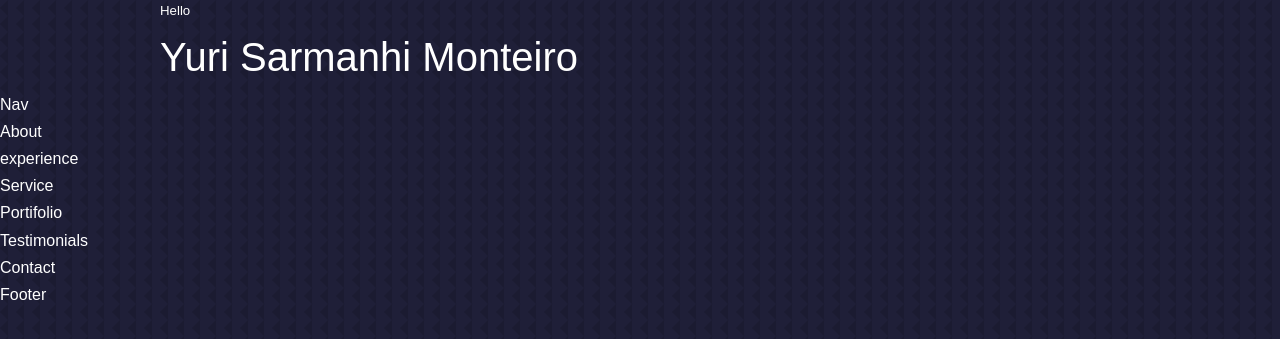
Repository: YuriSarmanho/Portifolio-
Page: / (app in portifolio/)
The author's editor kept a copy of each file at every save. The page is drawn from the files as they stood at one save, then again after the next save.
The browser window is 1280 px wide. The pictures show the whole page.
The project was rebuilt for these pictures with package versions that can differ from the ones it lists, and the page was loaded fresh each time. Also part of the build but not shown: portifolio/src/Components/Header/Header.css.

Above is the page before, as saved 2022-05-11 16:03:03.

### portifolio/public/index.html
<!DOCTYPE html>
<html lang="pt-br">
<head>
    <meta charset="UTF-8">
    <meta http-equiv="X-UA-Compatible" content="IE=edge">
    <meta name="viewport" content="width=device-width, initial-scale=1.0">
    <title>Yuri Sarmanho Monteiro</title>
</head>
<body>
    <div id="root"></div>
</body>
</html>

### portifolio/src/index.js
import ReactDOM from 'react-dom'
import App from './App'

ReactDOM.render(<App/>, document.querySelector("#root"))

### portifolio/src/App.jsx
import React from "react";
import './index.css'

import Header from "./Components/Header/Header";
import About from "./Components/About/About";
import Contact from "./Components/Contact/Contact";
import Experience from "./Components/Experience/Experience";
import Footer from "./Components/Footer/Footer";
import Nav from "./Components/Nav/Nav";
import Testimonials from "./Components/Testimonials/Testimonials";
import Service from "./Components/Service/Service";
import Portifolio from "./Components/Portifolio/Portifolio";



const App = () => {
  return (
    <>
      <Header />
      <Nav/>
      <About />
      <Experience/>
      <Service/>
      <Portifolio/>
      <Testimonials/>
      <Contact/>
      <Footer/>
    </>
  );
};

export default App;

### portifolio/src/index.css
* {
  margin: 0;
  padding: 0;
  border: 0;
  outline: 0;
  box-sizing: border-box;
  list-style: none;
  text-decoration: none;
}
:root {
  --color-bg: #1f1f38;
  --color-bg-variant: #2c2c6c;
  --color-primary: #4db5ff;
  --color-primary-variant: rgba(77, 181, 255, 0.4);
  --color-white: #fff;
  --color-light: rgba(255, 255, 255, 0.6);

  --transition: all 400ms ease;

  --container-width-lg: 75%;
  --container-width-md: 86%;
  --container-width-sm: 90%;
}
html {
  scroll-behavior: smooth;
}
::-webkit-scrollbar {
  display: none;
}

body {
  font-family: "Poppins", sans-serif;
  background-color: var(--color-bg);
  color: var(--color-white);
  line-height: 1.7;
  background-image: url(../src/assets/bg-texture.png);
}

.container {
  width: var(--container-width-lg);
  margin: 0 auto;
}

h1,
h2,
h3,
h4,
h5 {
  font-weight: 500;
}
h1 {
  font-size: 2.5rem;
}
section {
  margin-top: 8rem;
}
section > h2,
section > h5 {
  text-align: center;
  color: var(--color-ligth);
}

section > h2 {
  color: var(--color-primary);
  margin-bottom: 3rem;
}

.text-light {
  color: var(--color-light);
}
a {
  color: var(--color-primary);
  transition: var(--transition);
}
a:hover{
    color: var(--color-white);
}
.btn{
    width: max-content;
    display: inline-block;
    color: var(--color-primary);
    padding: 0.75rem 1.2rem;
    border-radius: 0.4rem;
    cursor: pointer;
    border: 1px solid var(--color-primary);
    transition: var(--transition);
}

.btn:hover{
    background-color: var(--color-white);
    color: var(--color-bg);
    border: transparent;
}

.btn-primary{
    background-color: var(--color-primary);
    width: 100%;
     object-fit: cover;
}

/*MEDIUM DEVICE*/
@media screen and (max-width:1024px){
    .container{
        width: var(--container-width-md);
    }
    section{
        margin-top: 6rem;
    }
}

/*SMALL DEVICE*/
@media screen and (max-width:600px){
    .container{
        width: var(--container-width-sm);
    }
    section > h2{
        margin-bottom: 2rem;
    }
}

### portifolio/src/Components/Header/Header.jsx
import React from 'react'
import './Header.css'
const header = () => {
  return (
    <header>
      <div className="container header__container">
        <h5>Hello</h5>
        <h1>Yuri Sarmanhi Monteiro</h1>
      </div>
    </header>
  )
}

export default header

### portifolio/src/Components/Experience/Experience.jsx
import React from 'react'

const experience = () => {
  return (
    <div>experience</div>
  )
}

export default experience

### portifolio/src/Components/Portifolio/Portifolio.jsx
import React from 'react'

const Portifolio = () => {
  return (
    <div>Portifolio</div>
  )
}

export default Portifolio

Loaded but not shown: portifolio/src/Components/About/About.jsx (common file); portifolio/src/Components/Contact/Contact.jsx (common file); portifolio/src/Components/Footer/Footer.jsx (common file); portifolio/src/Components/Nav/Nav.jsx (common file); portifolio/src/Components/Testimonials/Testimonials.jsx (common file); portifolio/src/Components/Service/Service.jsx (common file); portifolio/src/Components/Header/Header.css (no copy from this time; the picture is the same without it)

After the next save:
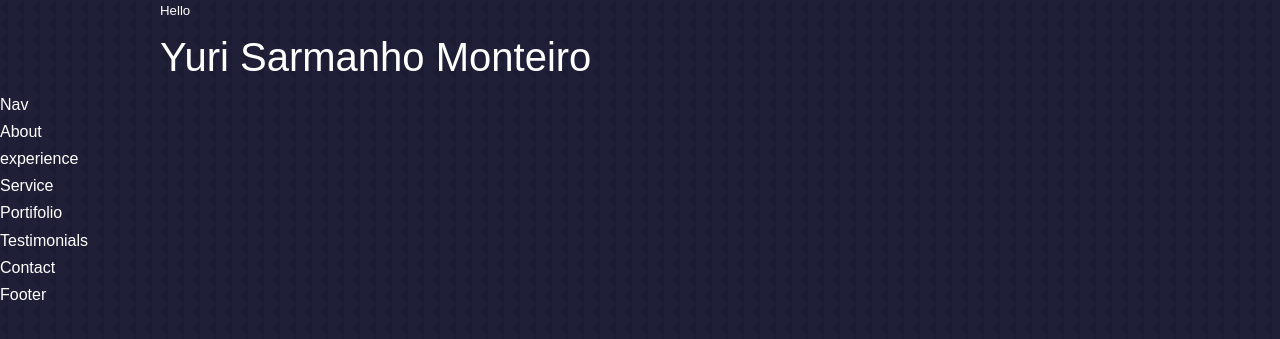
Saved 31 s later.
--- a/portifolio/src/Components/Header/Header.jsx
+++ b/portifolio/src/Components/Header/Header.jsx
@@ -5,7 +5,7 @@
     <header>
       <div className="container header__container">
         <h5>Hello</h5>
-        <h1>Yuri Sarmanhi Monteiro</h1>
+        <h1>Yuri Sarmanho Monteiro</h1>
       </div>
     </header>
   )
